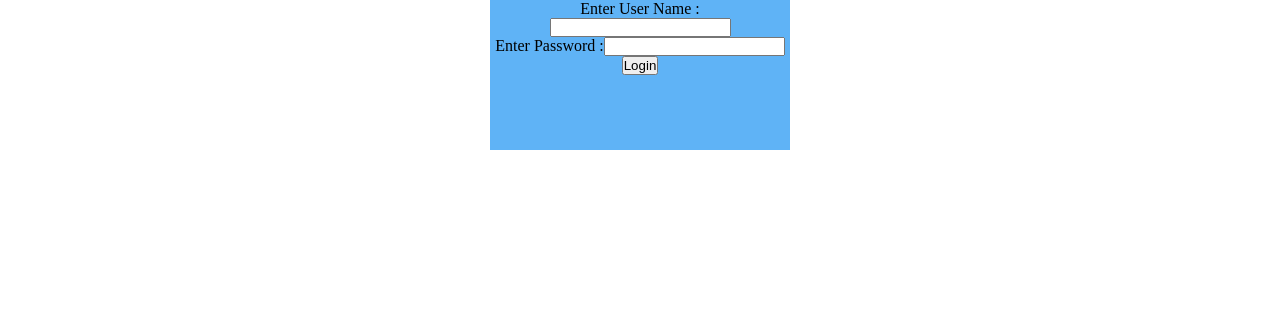
Repository: MyselfAman/Login_Page_Servlet
Page: http://localhost/Login_Page/login.jsp
The author's editor kept a copy of each file at every save. The page is drawn from the files as they stood at one save, then again after the next save.
The browser window is 1280 px wide. The pictures show the whole page.
The page is served by Tomcat 9.

Above is the page before, as saved 2019-08-08 04:00:23.

After the next save:
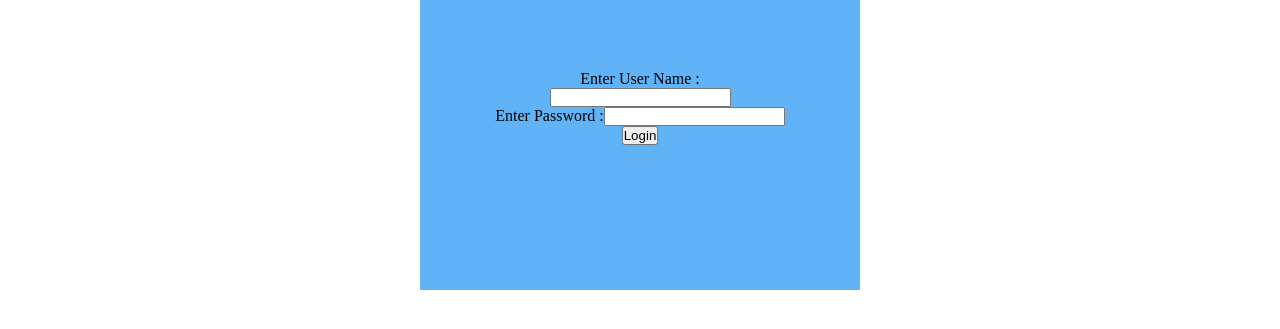
Saved 39 s later.
--- a/Login_Page/WebContent/style.css
+++ b/Login_Page/WebContent/style.css
@@ -16,5 +16,6 @@ body{
 	background-color:#5fb3f6;
 	height:150px;
 	width: 300px;
+	padding: 70px;
 
 }
